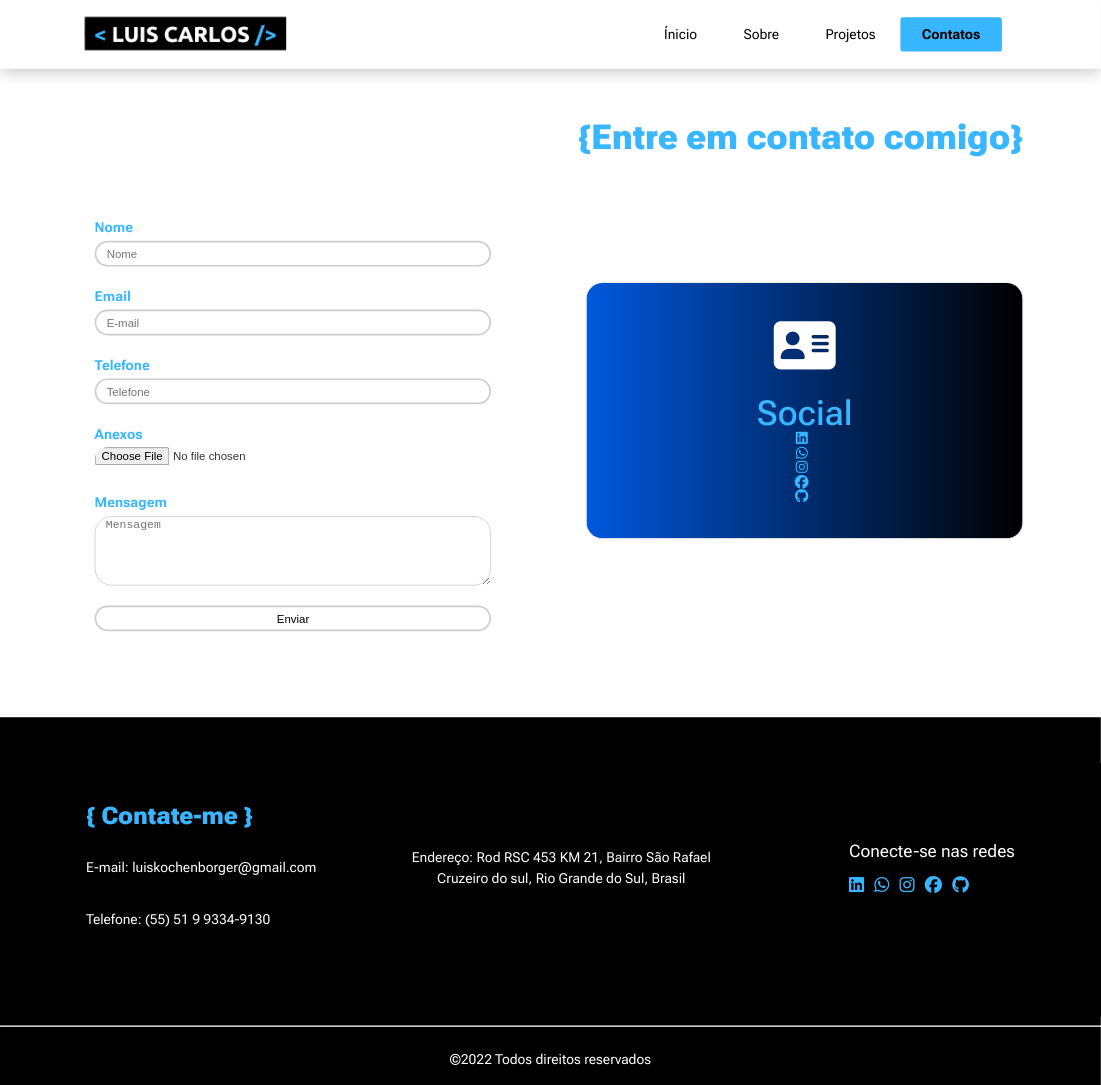
Repository: Iluiscarlos/SitePortifolio
Page: contacts.html
These files come from the project's save history. The page is drawn as it stood at one moment and after the next save; the edit follows.
The browser window is 1280 px wide. The pictures show the whole page, at 86% of full size.
Some web libraries are served in a nearby version.

Above is the page before, as saved 2022-05-25 19:49:23.

After the next save:
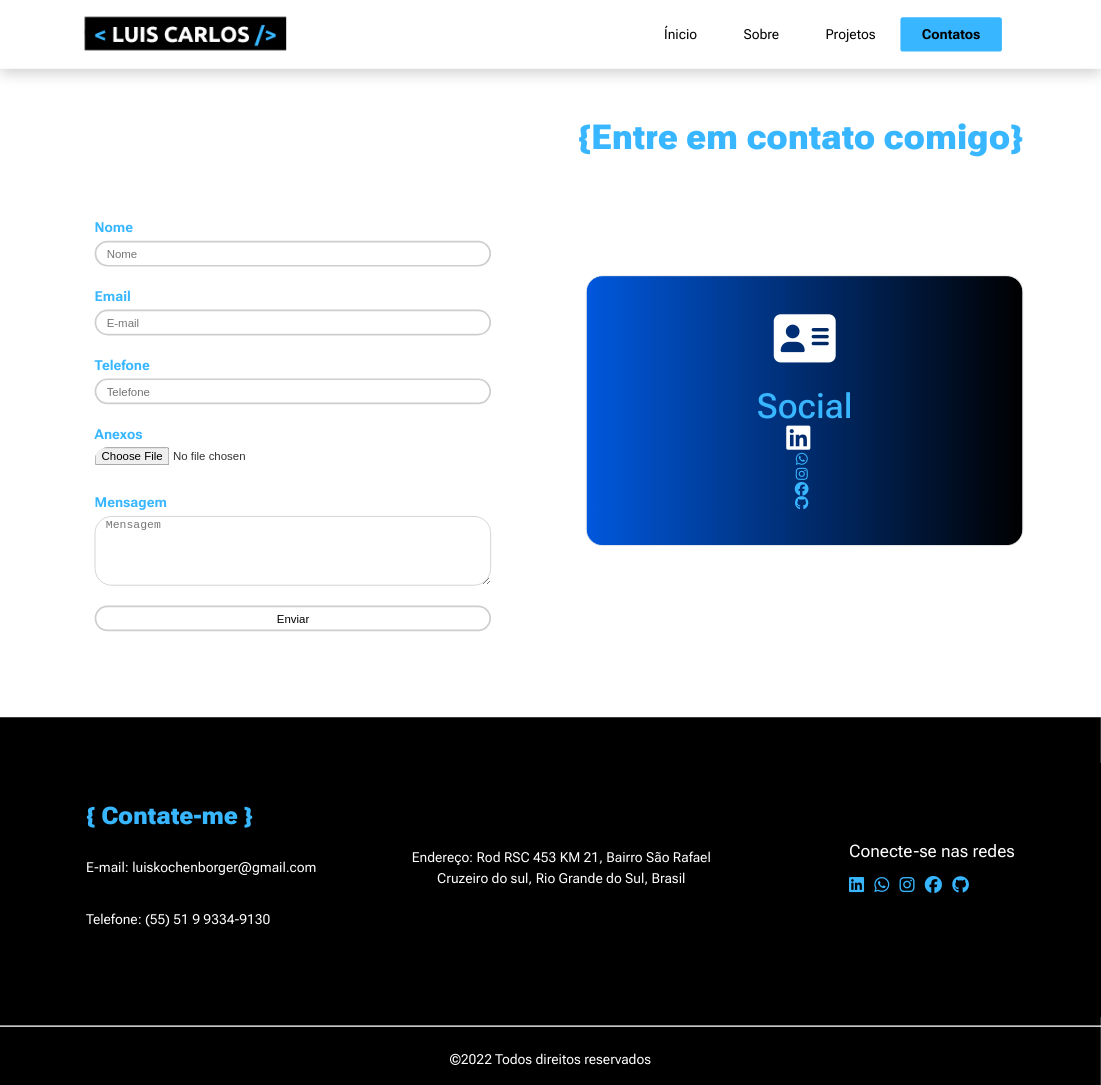
Saved 17 s later.
--- a/contacts.html
+++ b/contacts.html
@@ -61,7 +61,7 @@
                 <i class="fa-solid fa-address-card"></i>
             </div>
             <h1 class="subtitle">Social</h1>
-            <a class="icon__small" href="https://www.linkedin.com/in/luis-carlos-kochenborger" target="_blank"><i
+            <a class="icon__medium" href="https://www.linkedin.com/in/luis-carlos-kochenborger" target="_blank"><i
                 class="fa-brands fa-linkedin"></i></a><br>
         <a class="icon__small" href="https://api.whatsapp.com/send?phone=5551993349130&text=Contate-me"
             target="_blank"><i class="fa-brands fa-whatsapp"></i></a><br>
